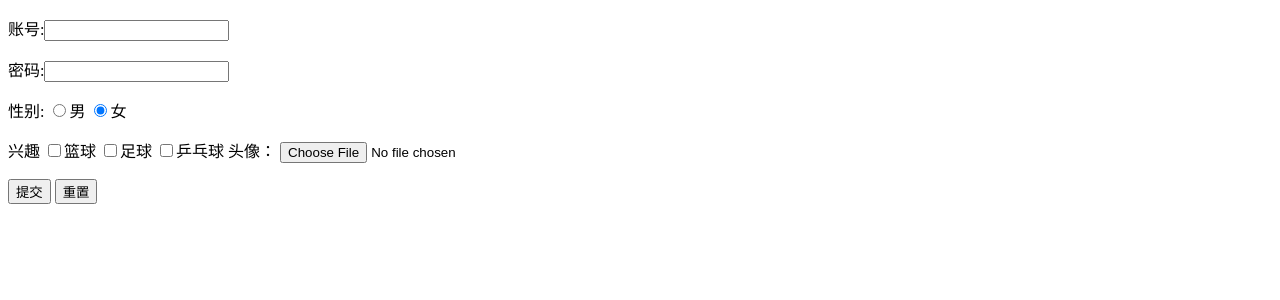
Repository: LYC-Android/JavaWebProject
Page: WebBasic/src/main/webapp/day02/demo1.html
The author's editor kept a copy of each file at every save. The page is drawn from the files as they stood at one save, then again after the next save.
The browser window is 1280 px wide. The pictures show the whole page.

Above is the page before, as saved 2017-09-07 07:19:27.

After the next save:
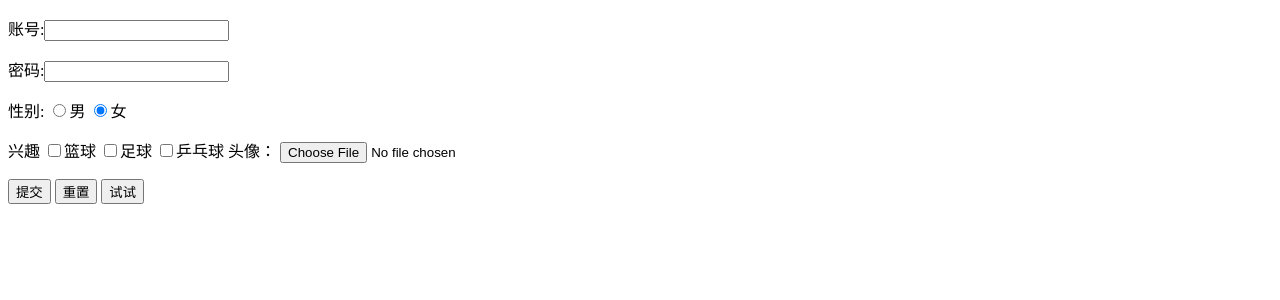
Saved 34 s later.
--- a/WebBasic/src/main/webapp/day02/demo1.html
+++ b/WebBasic/src/main/webapp/day02/demo1.html
@@ -40,6 +40,7 @@
 	<p>
 	  <input type="submit" value="提交"/>
 	  <input type="reset" value="重置"/>
+	  <input type="button" value="试试"/>
 
 	</p>
 
